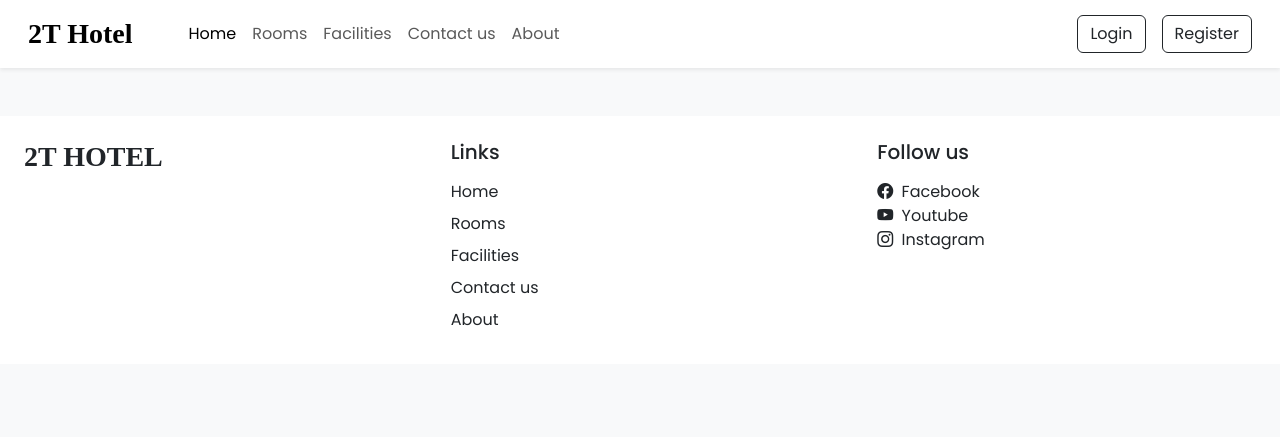
Repository: ntruong0906/desktop-tutorial
Page: http://localhost/facilities.php
These files come from the project's save history. The page is drawn as it stood at one moment and after the next save; the edit follows.
The browser window is 1280 px wide. The pictures show the whole page.
Some web fonts or font styles are not loaded; a fallback is used. The page is run by PHP 8.4 with error messages shown; the project is at /var/www/html/.

Above is the page before, as saved 2024-03-17 16:14:03.

### WebsiteBookingHotel/facilities.php
<!DOCTYPE html>
<html lang="en">

<head>
    <meta charset="UTF-8">
    <meta http-equiv="X-UA-Compatible" content="IE-edge">
    <meta name="viewport" content="width=device-width, initial-scale=1.0">
    <title>2T Hotel - FACILITIES</title>
    <?php require('inc/links.php'); ?>
    <link rel="stylesheet" href="https://cdn.jsdelivr.net/npm/swiper@11/swiper-bundle.min.css" />
    <style>
    @media screen and (max-width: 575px) {
        .availability-form {
            margin: 25px;
            padding: 0 35px;
        }
    }
    </style>
</head>

<body class="bg-light">
    <?php require('inc/header.php'); ?>


    <!-- footer -->
    <?php require('inc/footer.php'); ?>




    <!-- <script src="https://cdn.jsdelivr.net/npm/swiper@11/swiper-bundle.min.js"></script>
    <script src="https://cdn.jsdelivr.net/npm/bootstrap@5.3.3/dist/js/bootstrap.bundle.min.js"
        integrity="sha384-YvpcrYf0tY3lHB60NNkmXc5s9fDVZLESaAA55NDzOxhy9GkcIdslK1eN7N6jIeHz" crossorigin="anonymous">
    </script> -->
    <!-- <script>
    var swiper = new Swiper(".swiper-container", {
        spaceBetween: 30,
        effect: "fade",
        loop: true,
        autoplay: {
            delay: 3500,
            disableOnInteraction: false,
        }
    });
    var swiper = new Swiper(".swiper-testimonials", {
        effect: "coverflow",
        grabCursor: true,
        centeredSlides: true,
        slidesPerView: "auto",
        slidesPerView: "3",
        loop: true,
        coverflowEffect: {
            rotate: 50,
            stretch: 0,
            depth: 100,
            modifier: 1,
            slideShadows: false,
        },
        pagination: {
            el: ".swiper-pagination",
        },
        breakpoints: {
            320: {
                slidesPerView: 1,
            },
            640: {
                slidesPerView: 1,
            },
            768: {
                slidesPerView: 2,
            },
            1024: {
                slidesPerView: 3,
            },
        }
    });
    </script> -->
</body>

</html>

### WebsiteBookingHotel/inc/links.php
<link href="https://cdn.jsdelivr.net/npm/bootstrap@5.3.3/dist/css/bootstrap.min.css" rel="stylesheet"
    integrity="sha384-QWTKZyjpPEjISv5WaRU9OFeRpok6YctnYmDr5pNlyT2bRjXh0JMhjY6hW+ALEwIH" crossorigin="anonymous">
<link href="https://fonts.googleapis.com/css2?family=Merienda:wght@400;700&family=Poppins:wght@400;500;600&display=swap"
    rel="stylesheet">
<link rel="stylesheet" href="https://cdn.jsdelivr.net/npm/bootstrap-icons@1.11.3/font/bootstrap-icons.min.css">
<link rel="stylesheet" href="css/common.css">

### WebsiteBookingHotel/inc/header.php
<nav class="navbar navbar-expand-lg navbar-light bg-white px-lg-3 py-lg-2 shadow-sm sticky-top">
    <div class="container-fluid">
        <a class="navbar-brand me-5 fw-bold fs-3 h-font" href="index.php">2T Hotel</a>
        <button class="navbar-toggler shadow-none" type="button" data-bs-toggle="collapse"
            data-bs-target="#navbarSupportedContent" aria-controls="navbarSupportedContent" aria-expanded="false"
            aria-label="Toggle navigation">
            <span class="navbar-toggler-icon"></span>
        </button>
        <div class="collapse navbar-collapse" id="navbarSupportedContent">
            <ul class="navbar-nav me-auto mb-2 mb-lg-0">
                <li class="nav-item">
                    <a class="nav-link active" aria-current="page" href="index.php">Home</a>
                </li>
                <li class="nav-item">
                    <a class="nav-link" href="#">Rooms</a>
                </li>
                <li class="nav-item">
                    <a class="nav-link" href="facilities.php">Facilities</a>
                </li>
                <li class="nav-item">
                    <a class="nav-link" href="#">Contact us</a>
                </li>
                <li class="nav-item">
                    <a class="nav-link" href="#">About</a>
                </li>
            </ul>
            <div class="d-flex">
                <button type="button" class="btn btn-outline-dark shadow-none me-lg-3 me-2" data-bs-toggle="modal"
                    data-bs-target="#loginModal">
                    Login
                </button>
                <button type="button" class="btn btn-outline-dark shadow-none " data-bs-toggle="modal"
                    data-bs-target="#registerModal">
                    Register
                </button>
            </div>
        </div>
    </div>
</nav>

<!-- login -->
<div class="modal fade" id="loginModal" data-bs-backdrop="static" data-bs-keyboard="false" tabindex="-1"
    aria-labelledby="staticBackdropLabel" aria-hidden="true">
    <div class="modal-dialog">
        <div class="modal-content">
            <form>
                <div class="modal-header">
                    <h5 class="modal-title d-flex align-item-center">
                        <i class="bi bi-person-circle fs-5 me-2"></i> User login
                    </h5>
                    <button type="reset" class="btn-close shadow-none" data-bs-dismiss="modal"
                        aria-label="Close"></button>
                </div>
                <div class="modal-body">
                    <div class="mb-3">
                        <label class="form-label">Email address</label>
                        <input type="email" class="form-control shadow-none">
                    </div>
                    <div class="mb-4">
                        <label class="form-label">Password</label>
                        <input type="password" class="form-control shadow-none">
                    </div>
                    <div class="d-flex align-items-center justify-content-between mb-2">
                        <button type="submit" class="btn btn-dark shadow-none">LOGIN</button>
                        <a href="javascript: void(0)" class="text-secondary text-decoration-none">Forgot
                            Password?</a>
                    </div>
                </div>
            </form>
        </div>
    </div>
</div>

<!-- Register -->
<div class="modal fade" id="registerModal" data-bs-backdrop="static" data-bs-keyboard="false" tabindex="-1"
    aria-labelledby="staticBackdropLabel" aria-hidden="true">
    <div class="modal-dialog modal-lg">
        <div class="modal-content">
            <form>
                <div class="modal-header">
                    <h5 class="modal-title d-flex align-item-center">
                        <i class="bi bi-person-lines-fill fs-5 me-2"></i>
                        User Registration
                    </h5>
                    <button type="reset" class="btn-close shadow-none" data-bs-dismiss="modal"
                        aria-label="Close"></button>
                </div>
                <div class="modal-body">
                    <span class="badge rounded-pill bg-light text-dark mb-3 text-wrap lh-base">
                        Note: Your details must match with your ID (Aadhar card, passport, driving license, etc.)
                        that will be required dring check-in.
                    </span>
                    <div class="container-fluid">
                        <div class="row">
                            <!-- Name -->
                            <div class="col-md-6 ps-0 mb-3">
                                <label class="form-label">Name</label>
                                <input type="text" class="form-control shadow-none">
                            </div>
                            <!-- Email -->
                            <div class="col-md-6 p-0 mb-3">
                                <label class="form-label">Email</label>
                                <input type="email" class="form-control shadow-none">
                            </div>
                            <!-- Phone Number -->
                            <div class="col-md-6 ps-0 mb-3">
                                <label class="form-label">Phone Number</label>
                                <input type="number" class="form-control shadow-none">
                            </div>
                            <!-- Picture -->
                            <div class="col-md-6 p-0 mb-3">
                                <label class="form-label">Picture</label>
                                <input type="file" class="form-control shadow-none">
                            </div>
                            <!-- Address -->
                            <div class="col-md-12 p-0 mb-3">
                                <label class="form-label">Address</label>
                                <textarea class="form-control shadow-none" rows="1"></textarea>
                            </div>
                            <!-- Pincode -->
                            <div class="col-md-6 ps-0 mb-3">
                                <label class="form-label">Pincode</label>
                                <input type="number" class="form-control shadow-none">
                            </div>
                            <!-- Date of birth -->
                            <div class="col-md-6 p-0 mb-3">
                                <label class="form-label">Date of birth</label>
                                <input type="date" class="form-control shadow-none">
                            </div>
                            <!-- Password -->
                            <div class="col-md-6 ps-0 mb-3">
                                <label class="form-label">Password</label>
                                <input type="password" class="form-control shadow-none">
                            </div>
                            <!-- Comfirm Password -->
                            <div class="col-md-6 p-0 mb-3">
                                <label class="form-label">Comfirm Password</label>
                                <input type="password" class="form-control shadow-none">
                            </div>
                        </div>
                    </div>
                    <div class="text-center my-1">
                        <button type="submit" class="btn btn-dark shadow-none">REGISTER</button>
                    </div>
                </div>
            </form>
        </div>
    </div>
</div>

### WebsiteBookingHotel/inc/footer.php
<div class="container-fluid bg-white mt-5">
    <div class="row">
        <div class="col-lg-4 p-4">
            <h3 class="h-font fw-bold fs-3">2T HOTEL</h3>
            <p>

            </p>
        </div>
        <div class="col-lg-4 p-4">
            <h5 class="mb-3">Links</h5>
            <a href="#" class="d-inline-block mb-2 text-dark text-decoration-none">Home</a><br>
            <a href="#" class="d-inline-block mb-2 text-dark text-decoration-none">Rooms</a><br>
            <a href="#" class="d-inline-block mb-2 text-dark text-decoration-none">Facilities</a><br>
            <a href="#" class="d-inline-block mb-2 text-dark text-decoration-none">Contact us</a><br>
            <a href="#" class="d-inline-block mb-2 text-dark text-decoration-none">About</a>
        </div>
        <div class="col-lg-4 p-4">
            <h5 class="mb-3">Follow us</h5>
            <a href="#" class="d-inline-block text-dark text-decoration-none md-2">
                <i class="bi bi-facebook me-1"></i> Facebook
            </a><br>
            <a href="#" class="d-inline-block text-dark text-decoration-none md-2">
                <i class="bi bi-youtube me-1"></i> Youtube
            </a><br>
            <a href="#" class="d-inline-block text-dark text-decoration-none ">
                <i class="bi bi-instagram me-1"></i> Instagram
            </a><br>
        </div>
    </div>
</div>

### WebsiteBookingHotel/css/common.css
:root{
    --teal: #2ec1ac;
    --teal_hover: #279e8c;
}

* {
    font-family: 'Poppins', sans-serif;
}

.h-font {
    font-family: 'Merienda', cursive;
}

input::-webkit-outer-spin-button,
input::-webkit-inner-spin-button {
    -webkit-appearance: none;
    margin: 0;
}

/* input[type=number] {
    -moz-appearance: textfield;
} */

.custom-bg {
    background-color: var(--teal);
    border: 1px solid var(--teal);
}

.custom-bg:hover {
    background-color: var(--teal_hover);
    border-color: var(--teal_hover);
}

.availability-form {
    margin-top: -50px;
    z-index: 2;
    position: relative;
}

After the next save:
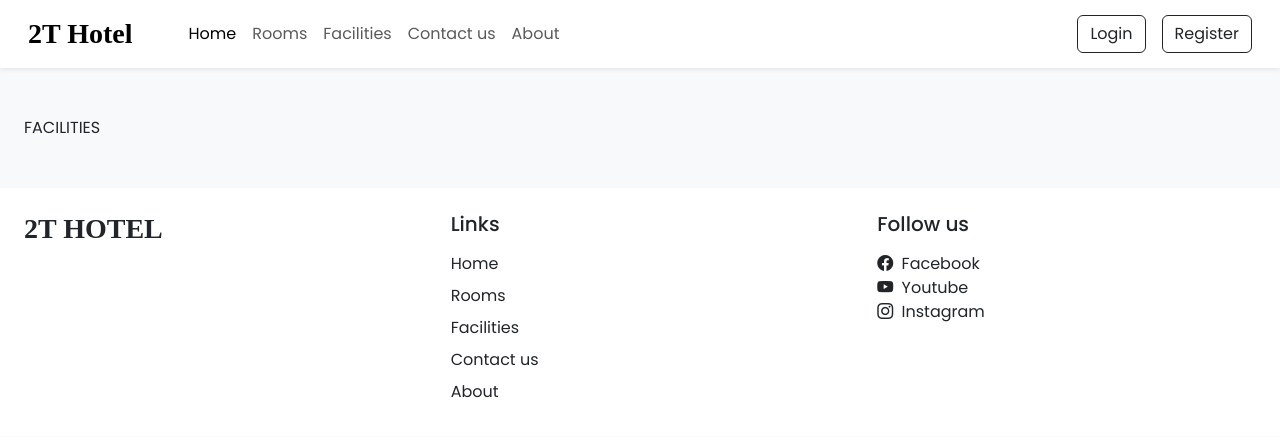
Saved 2 min 18 s later.
--- a/WebsiteBookingHotel/facilities.php
+++ b/WebsiteBookingHotel/facilities.php
@@ -21,7 +21,10 @@
 <body class="bg-light">
     <?php require('inc/header.php'); ?>
 
+    <div class="my-5 px-4">
+        FACILITIES</h2>
 
+    </div>
     <!-- footer -->
     <?php require('inc/footer.php'); ?>
 
